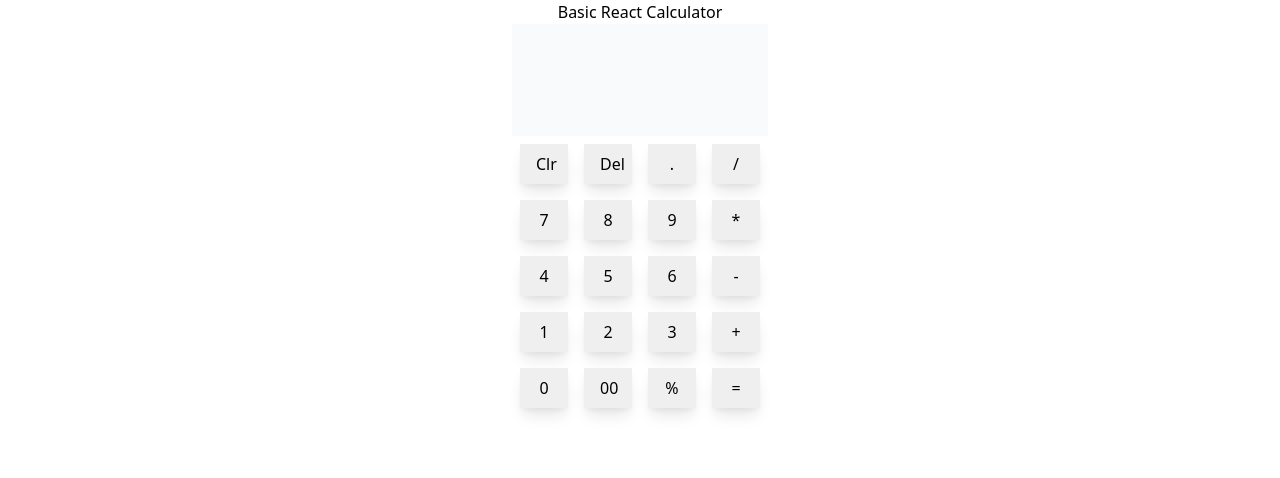
Repository: latenightsnacc/React-Calculator
Page: / (app in docs/react-calculator/)
An editor plug-in stored every save of this project. The page is shown before and after the next save, followed by the edit.
The browser window is 1280 px wide. The pictures show the whole page.
The project was rebuilt for these pictures with package versions that can differ from the ones it lists, and the page was loaded fresh each time. Also part of the build but not shown: docs/react-calculator/craco.config.js.

Above is the page before, as saved 2021-11-11 15:49:59.

After the next save:
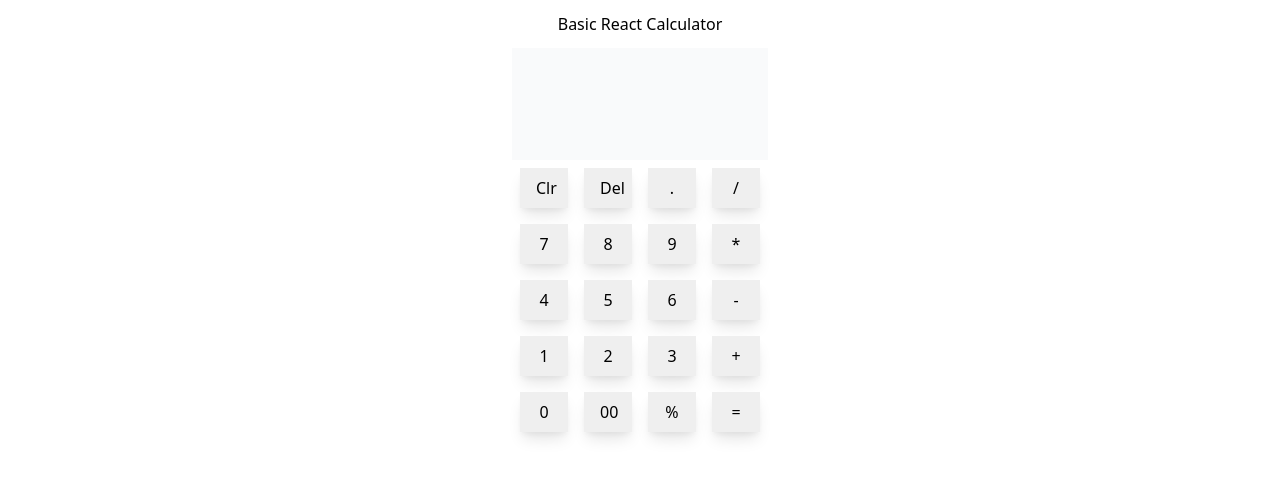
Saved 16 s later.
--- a/docs/react-calculator/src/components/CalculatorTitle.js
+++ b/docs/react-calculator/src/components/CalculatorTitle.js
@@ -2,7 +2,7 @@ import React from 'react'
 
 function CalculatorTitle(props) {
     return (
-        <div className='calculator-title'>
+        <div className='my-3'>
             {props.value}
         </div>
     )
